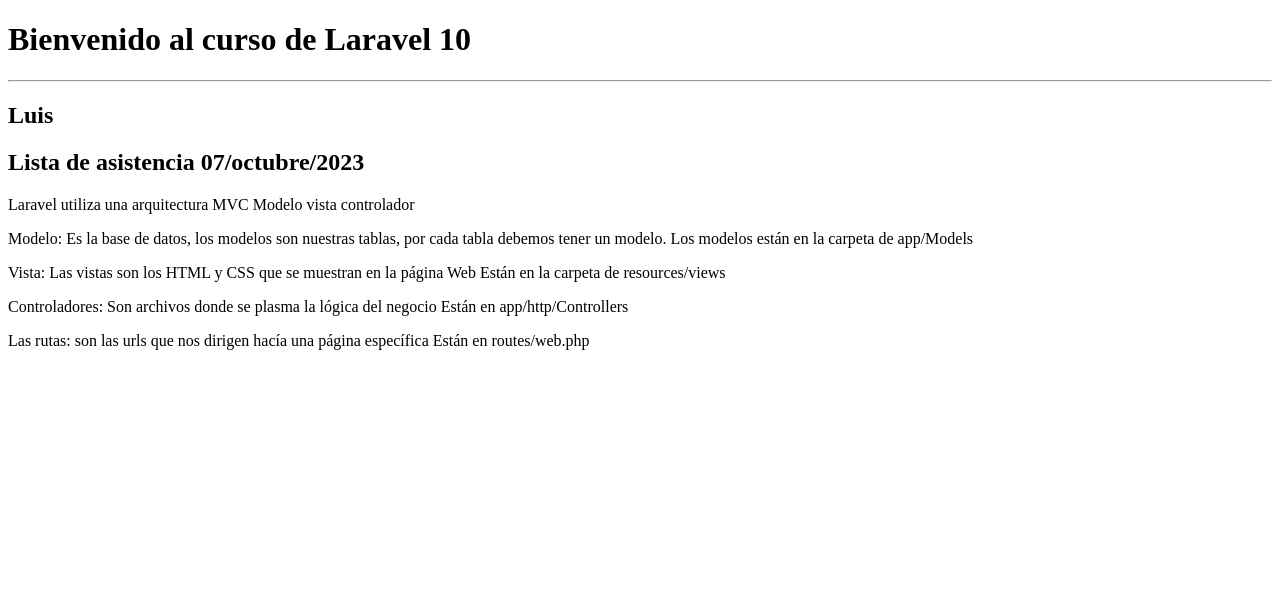
Repository: terrazasjuancarlos/cursoLaravel2-master
Page: http://localhost/bienvenido
An editor plug-in stored every save of this project. The page is shown before and after the next save, followed by the edit.
The browser window is 1280 px wide. The pictures show the whole page.
The page is served by the project's Laravel application, run on PHP 8.4 with Laravel 10. Other server files are loaded and not shown.

Above is the page before, as saved 2023-10-07 12:37:47.

### routes/web.php
<?php

use App\Http\Controllers\bienvenidoController;
use Illuminate\Support\Facades\Route;
/*
|--------------------------------------------------------------------------
| Web Routes
|--------------------------------------------------------------------------
|
| Here is where you can register web routes for your application. These
| routes are loaded by the RouteServiceProvider and all of them will
| be assigned to the "web" middleware group. Make something great!
|
*/
Route::get('/', function () {
    return view('welcome');
});

route::get('/bienvenido', [bienvenidoController::class, 'bienvenido']);

### app/Http/Controllers/bienvenidoController.php
<?php

namespace App\Http\Controllers;

use Illuminate\Http\Request;

class bienvenidoController extends Controller
{
    public function bienvenido(){
        $nombre = "Luis";
        $alumnos =['Ximena', 'Perez', 'Sergio', 'Evelyn', 'Dani', 'Juan', 'David', 'Kyan', 'Eitan', 'Adrian', 'Leo'];
        return view('bienvenido', compact('nombre', 'alumnos'));
    }
}

### resources/views/bienvenido.blade.php
<!DOCTYPE html>
<html lang="en">
<head>
    <meta charset="UTF-8">
    <meta name="viewport" content="width=device-width, initial-scale=1.0">
    <meta http-equiv="X-UA-Compatible" content="ie=edge">
    <title>Bienvenido</title>
</head>
<body>
    <h1>Bienvenido al curso de Laravel 10</h1><hr>
    <h2>{{ $nombre }}</h2>
    <h2>Lista de asistencia 07/octubre/2023</h2>
    <ul>

    </ul>
    <p>Laravel utiliza una arquitectura MVC Modelo vista controlador</p>

    <p>
        Modelo: Es la base de datos, los modelos son nuestras tablas, por cada tabla
        debemos tener un modelo.
        Los modelos están en la carpeta de app/Models
    </p>
    <p>
        Vista: Las vistas son los HTML y CSS que se muestran en la página Web
        Están en la carpeta de resources/views
    </p>
    <p>
        Controladores: Son archivos donde se plasma la lógica del negocio
        Están en app/http/Controllers
    </p>
    <p>Las rutas: son las urls que nos dirigen hacía una página específica
        Están en routes/web.php
    </p>
</body>
</html>

Loaded but not shown: app/Http/Controllers/Controller.php (common file)

After the next save:
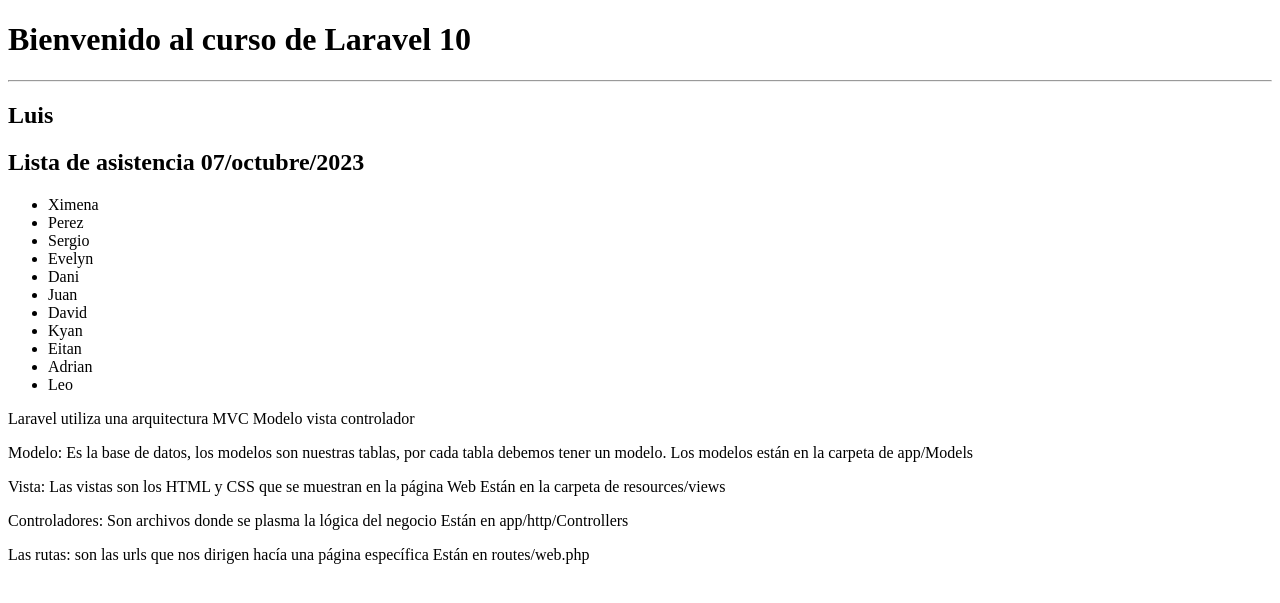
Saved 26 s later.
--- a/resources/views/bienvenido.blade.php
+++ b/resources/views/bienvenido.blade.php
@@ -11,7 +11,9 @@
     <h2>{{ $nombre }}</h2>
     <h2>Lista de asistencia 07/octubre/2023</h2>
     <ul>
-
+        @foreach ($alumnos as $a)
+            <li>{{ $a }}</li>
+        @endforeach
     </ul>
     <p>Laravel utiliza una arquitectura MVC Modelo vista controlador</p>
 
